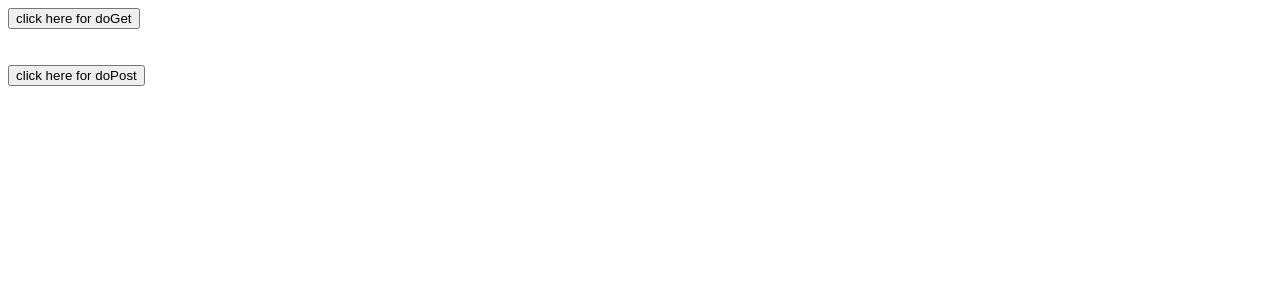
Repository: PraveenRai13/Servlet-Practice-Set
Page: MyfirstWebProject/src/main/webapp/index.html
An editor plug-in stored every save of this project. The page is shown before and after the next save, followed by the edit.
The browser window is 1280 px wide. The pictures show the whole page.

Above is the page before, as saved 2022-09-05 07:22:20.

After the next save:
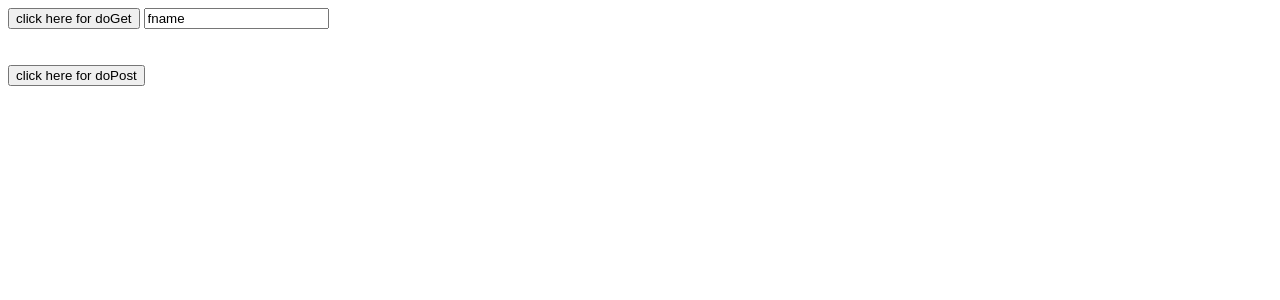
Saved 30 s later.
--- a/MyfirstWebProject/src/main/webapp/index.html
+++ b/MyfirstWebProject/src/main/webapp/index.html
@@ -7,6 +7,7 @@
 <body>
 <form action="myServlet" method="get">
 <input type="submit" value="click here for doGet">
+<input type="text" value="fname"/>
 </form>
 <br/>
 <br/>
